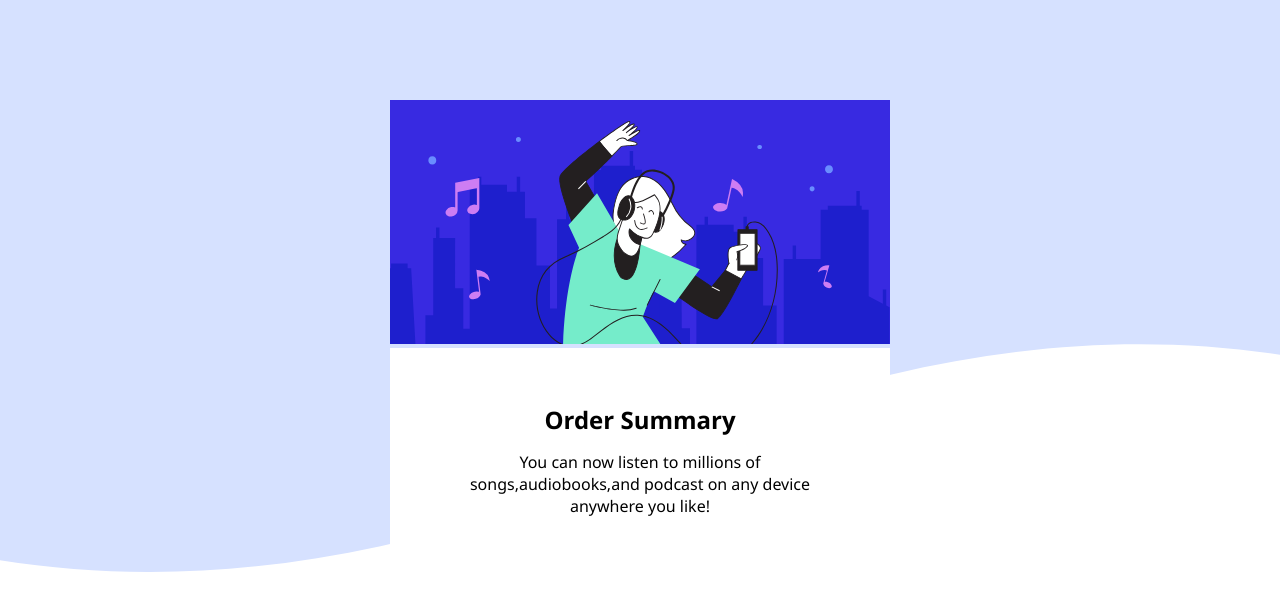
Repository: Eugene44-hub/newbie-project
Page: index.html
An editor plug-in stored every save of this project. The page is shown before and after the next save, followed by the edit.
The browser window is 1280 px wide. The pictures show the whole page.

Above is the page before, as saved 2021-08-29 02:36:07.

After the next save:
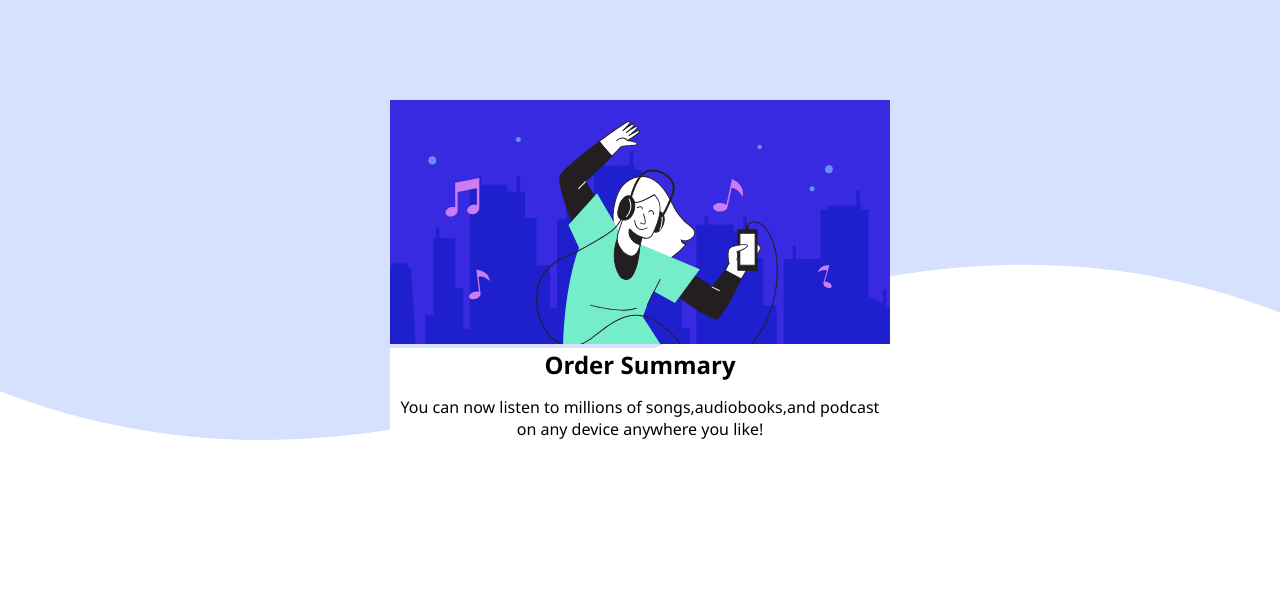
Saved 62 s later.
--- a/style.css
+++ b/style.css
@@ -36,7 +36,6 @@
 }
 
 .text {
-    padding: 55px;
     background-color: white;
 }
 

After the save that followed:
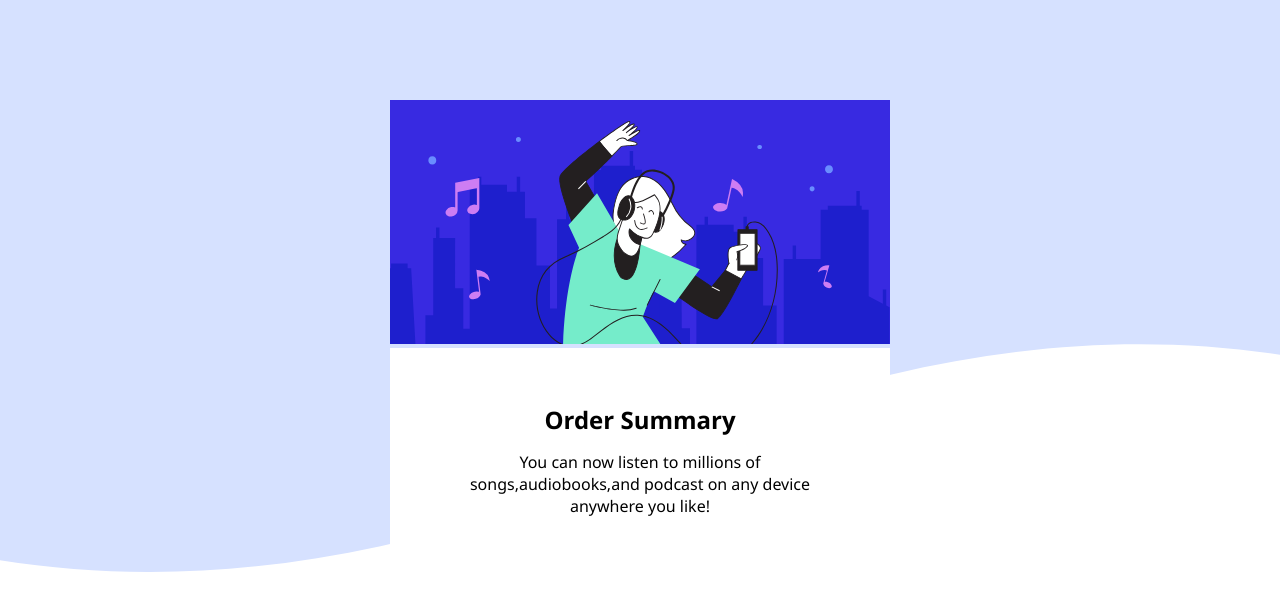
Saved 6 s later.
--- a/style.css
+++ b/style.css
@@ -36,6 +36,7 @@
 }
 
 .text {
+    padding: 55px;
     background-color: white;
 }
 
